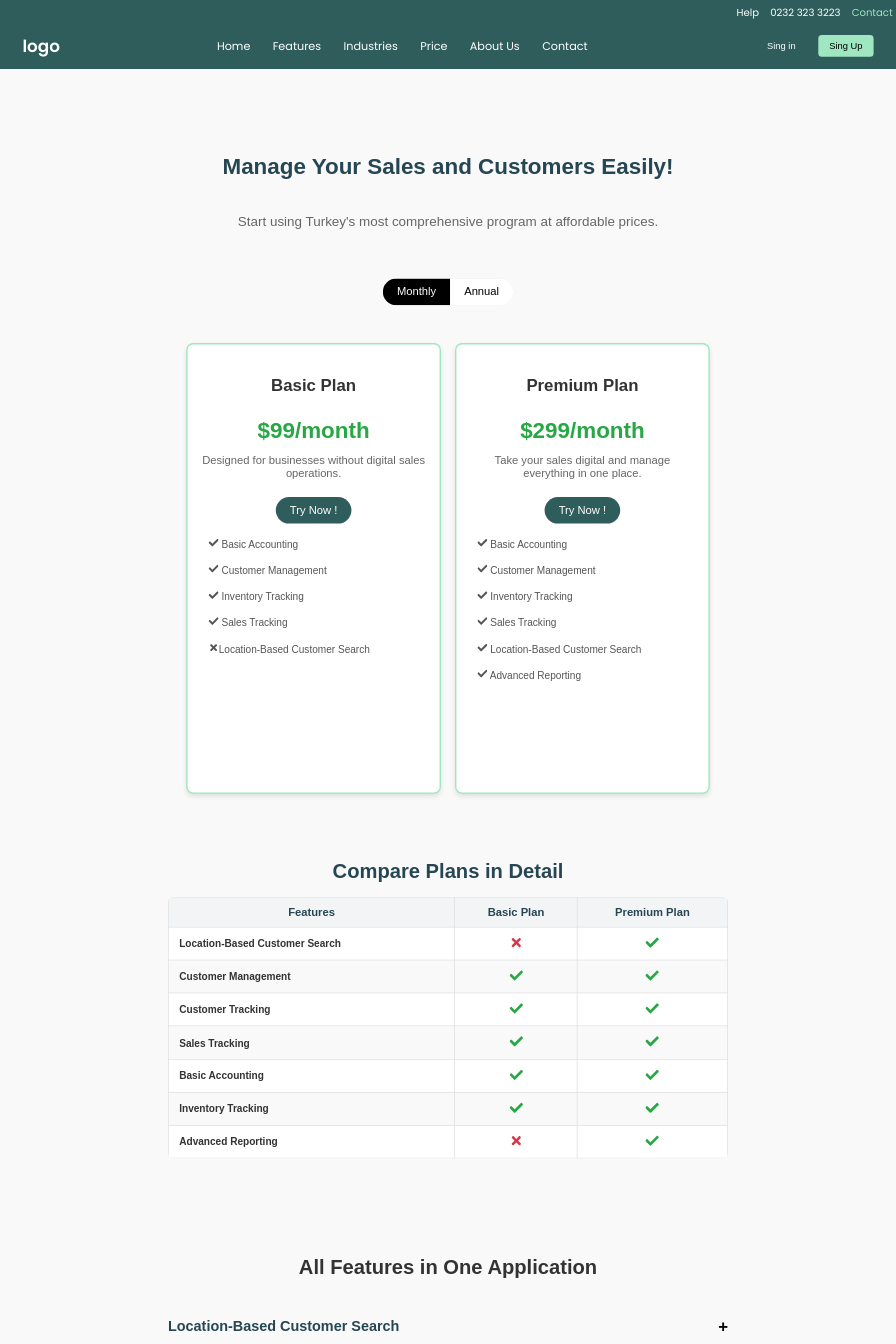
Repository: senolinanyasar/myrouteapplication
Page: /pricing
An editor plug-in stored every save of this project. The page is shown before and after the next save, followed by the edit.
The browser window is 1280 px wide. The pictures show the part of the page from y = 0 to 1920 px (the page is 3113 px tall before and 3203 px after), at 70% of full size.
The project was rebuilt for these pictures with package versions that can differ from the ones it lists, and the page was loaded fresh each time. Also part of the build but not shown: vite.config.js, src/components/HeroSection.css, src/components/HeroSection.js, src/components/FeaturesSection.css, src/components/FeaturesSection.js, src/components/PricingSection.css, src/components/PricingSection.js, src/components/SupportSection.css and 7 more.

Above is the page before, as saved 2024-11-19 16:13:35.

### src/index.css
@import url('https://fonts.googleapis.com/css2?family=Poppins:wght@400;600&display=swap');

body {
  font-family: 'Poppins', sans-serif;
  color: #264653;
  background-color: #f1faee;
  margin: 0;
  padding: 0;
  box-sizing: border-box;
}

code {
  font-family: source-code-pro, Menlo, Monaco, Consolas, 'Courier New',
    monospace;
}

### src/App.js
import React from 'react';
import { BrowserRouter as Router, Route, Routes } from 'react-router-dom';
import Header from './components/Header';
import HomePage from './components/HomePage';
import PricingPage from './components/PricingPage';
import TopBar from './components/TopBar';
import Footer from './components/Footer';
import IndustriesPage from './components/IndustriesPage';
import FeaturesPage from './components/FeaturesPage';


function App() {
  return (
    <Router>
      <TopBar/>
      <Header />
      <Routes>
        <Route path='/' element={<HomePage />} />
        <Route path='/pricing' element={<PricingPage />} />
        <Route path='/industries' element={<IndustriesPage />} />
        <Route path='/features' element={<FeaturesPage />} />
      </Routes>
      <Footer/>
    </Router>

  );
}

export default App;

### src/components/Header.js
// Header.js
import React from 'react';
import './Header.css';
import { Link } from 'react-router-dom';

const Header = () => {
    return (
        <header className="header">
            <div className="header-logo">logo</div>
            <nav className="header-nav">

                    <Link to="/">Home</Link>
                    <Link to="/features">Features</Link>
                    <Link to="/industries">Industries</Link>
                    <Link to="/pricing">Price</Link>
                    <Link to="/aboutus">About Us</Link>
                    <Link to="/contact">Contact</Link>



            </nav>
            <div className="header-buttons">
                <button className="login-button">Sing in</button>
                <button className="register-button">Sing Up</button>
            </div>
        </header>
    );
};


export default Header;

### src/components/PricingPage.js
// PricingPage.js

import React, { useState } from "react";
import './PricingPage.css';
import { FaCheck, FaTimes } from "react-icons/fa";

const featuresData = [
    {
        title: 'Location-Based Customer Search',
        description:
            'Quickly find potential customers in a specific region based on industry and proximity using Google Maps integration.',
    },
    {
        title: 'Customer Management',
        description:
            'Organize, update, and manage your customer list effectively. Track customer details and communication history.',
    },
    {
        title: 'Customer Tracking',
        description:
            'Monitor your customers’ activity and interaction history to ensure consistent and effective communication.',
    },
    {
        title: 'Sales Tracking',
        description:
            'Track sales performance, identify trends, and analyze sales data to optimize your revenue streams.',
    },
    {
        title: 'Basic Accounting',
        description:
            'Keep track of your financial data, including income, expenses, and profit margins, with easy-to-use tools.',
    },
    {
        title: 'Inventory Tracking',
        description:
            'Monitor stock levels in real-time, receive alerts for low inventory, and streamline inventory management.',
    },
    {
        title: 'Advanced Reporting',
        description:
            'Generate detailed reports on sales, inventory, and customer activity to make data-driven decisions.',
    },

];

const PricingPage = () => {
    const [isAnnual, setIsAnnual] = useState(false);
    const [expandedIndex, setExpandedIndex] = useState(null);

    const handleToggle = (index) => {
        setExpandedIndex(expandedIndex === index ? null :index);
    };

    return (
        <section className="pricing-page">
            <div className="pricing-header">
                <h1>Manage Your Sales and Customers Easily!</h1>
                <p>Start using Turkey's most comprehensive program at affordable prices.</p>
                <div className="toggle-buttons">
                    <button
                        className={`toggle-btn ${!isAnnual ? "active" : ""}`}
                        onClick={() => setIsAnnual(false)}
                    >
                        Monthly
                    </button>
                    <button
                        className={`toggle-btn ${isAnnual ? "active" : ""}`}
                        onClick={() => setIsAnnual(true)}
                    >
                        Annual
                    </button>
                </div>
            </div>
            <div className="pricing-plans">
                <div className="plan basic-plan">
                    <h3>Basic Plan</h3>
                    <p className="price">
                        {isAnnual ? "$999/year" : "$99/month"}
                    </p>
                    <p className="subtext">
                        Designed for businesses without digital sales operations.
                    </p>
                    <button className="try-button">Try Now !</button>
                    <ul>
                        <li><FaCheck /> Basic Accounting</li>
                        <li><FaCheck /> Customer Management</li>
                        <li><FaCheck /> Inventory Tracking</li>
                        <li><FaCheck /> Sales Tracking</li>
                        <li><FaTimes className="not-included" />Location-Based Customer Search</li>
                    </ul>
                </div>
                <div className="plan premium-plan">
                    <h3>Premium Plan</h3>
                    <p className="price">
                        {isAnnual ? "$2.799/year" : "$299/month"}
                    </p>
                    <p className="subtext">
                        Take your sales digital and manage everything in one place.
                    </p>
                    <button className="try-button">Try Now !</button>

                    <ul>
                        <li><FaCheck /> Basic Accounting</li>
                        <li><FaCheck /> Customer Management</li>
                        <li><FaCheck /> Inventory Tracking</li>
                        <li><FaCheck /> Sales Tracking</li>
                        <li><FaCheck /> Location-Based Customer Search</li>
                        <li><FaCheck /> Advanced Reporting</li>
                    </ul>
                </div>
            </div>


            <div className="comparison-table-container">
                <h2>Compare Plans in Detail</h2>
                <table className="comparison-table">
                    <thead>
                        <tr>
                            <th>Features</th>
                            <th>Basic Plan</th>
                            <th>Premium Plan</th>
                        </tr>
                    </thead>
                    <tbody>
                        <tr>
                            <td>Location-Based Customer Search</td>
                            <td><FaTimes className="icon-times" /></td>
                            <td><FaCheck className="icon-check" /></td>
                        </tr>
                        <tr>
                            <td>Customer Management</td>
                            <td><FaCheck className="icon-check" /></td>
                            <td><FaCheck className="icon-check" /></td>
                        </tr>
                        <tr>
                            <td>Customer Tracking</td>
                            <td><FaCheck className="icon-check" /></td>
                            <td><FaCheck className="icon-check" /></td>
                        </tr>
                        <tr>
                            <td>Sales Tracking</td>
                            <td><FaCheck className="icon-check" /></td>
                            <td><FaCheck className="icon-check" /></td>
                        </tr>
                        <tr>
                            <td>Basic Accounting</td>
                            <td><FaCheck className="icon-check" /></td>
                            <td><FaCheck className="icon-check" /></td>
                        </tr>
                        <tr>
                            <td>Inventory Tracking</td>
                            <td><FaCheck className="icon-check" /></td>
                            <td><FaCheck className="icon-check" /></td>
                        </tr>
                        <tr>
                            <td>Advanced Reporting</td>
                            <td><FaTimes className="icon-times" /></td>
                            <td><FaCheck className="icon-check" /></td>
                        </tr>
                    </tbody>
                </table>
            </div>
            <div className="features-expand-container">
                <h2>All Features in One Application</h2>
                {featuresData.map((feature,index)=>(
                    <div key={index} className="feature-item">
                        <div className="feature-header" onClick={() => handleToggle(index)}>
                            <h3>{feature.title}</h3>
                            <span>{expandedIndex === index ? '-' : '+'}</span>
                        </div>
                        {expandedIndex === index && (
                            <div className="feature-description">
                                <p>{feature.description}</p>
                            </div>
                        )}
                    </div>
                ))}
            </div>

        </section>
    );

};

export default PricingPage;

### src/components/TopBar.js
// TopBar.js
import React from 'react';
import './TopBar.css';

const TopBar = () => {
    return (
        <div className="top-bar">
            <div className="top-bar-content">
                <span>Help</span>
                <span>0232 323 3223</span>
                <a href="#contact">Contact</a>
            </div>
        </div>
    );
};

export default TopBar;

### src/components/Footer.js
// Footer.js

import React from 'react';
import './Footer.css';
import { FaFacebook, FaInstagram, FaLinkedin, FaTwitter, FaYoutube } from 'react-icons/fa';

const Footer = () => {
    return (
        <footer className="footer">
            <div className='footer-content'>
                <div className='footer-left'>
                    <div className='footer-logo'>
                        <h2>My Route Application</h2>
                    </div>
                    <p>Kazımdirik Mahallesi, Üniversite <br />Caddesi Ağaçlı Yol No: 37-39, <br />35100 Bornova/İzmir</p>
                    <div className='social-icons'>
                        <FaFacebook />
                        <FaTwitter />
                        <FaInstagram />
                        <FaLinkedin />
                        <FaYoutube />
                    </div>
                </div>

                <div className="footer-right">
                <br/><br/><br/><br/>
                    <div className='footer-section'>
                        <h4>Features</h4>
                        <ul>
                            <li>Location-Based Customer Search</li>
                            <li>Customer Management</li>
                            <li>Customer Tracking</li>
                            <li>Sales Tracking</li>
                            <li>Basic Accounting</li>
                            <li>Inventory Tracking</li>
                            <li>Reporting</li>
                        </ul>
                    </div>

                    <div className="footer-section">
                        <h4>Privileges</h4>
                        <ul>
                            <li>Industries</li>
                            <li>Pricing</li>
                            <li>Support</li>
                        </ul>
                    </div>

                    <div className="footer-section">
                        <h4>About Us</h4>
                        <ul>
                            <li>Privacy Policy</li>
                            <li>KVKK Disclosure Text</li>
                        </ul>
                    </div>
                </div>
            </div>

            <div className="footer-bottom">
                <p>&copy; 2024 My Route Application. All rights reserved.</p>
            </div>
        </footer>
    );
};

export default Footer;

### src/components/Header.css
/* Header.css */
.header{
    display: flex;
    justify-content: space-between;
    align-items: center;
    padding: 1rem 2rem;
    background-color: #2f5d5b;
    color: white;
    margin-top: 2rem;
    position: sticky;
    top: 2rem;
    z-index: 999;
}


.header-logo {
    font-size: 1.5rem;
    font-weight: bold;
}
.header-nav a{
    margin: 0 1rem;
    color: white;
    text-decoration: none;
}
.header-nav a:hover {
    color: #e9c46a;
  }

.header-buttons button{
    margin-left: 1rem;
    padding: 0.5rem 1rem;
    border: none;
    border-radius: 5px;
}

.login-button{
    background-color: #2f5d5b;
    color: white;
}

.register-button{
    background-color: #9fe7c0;
    color: black;
}

### src/components/PricingPage.css
/* PricingPage.css */

.pricing-page{
    font-family: "Arial",sans-serif;
    padding: 20px;
    text-align: center;
    background-color: #f9f9f9;
    text-align: center;
}

.pricing-header{
    text-align: center;
    margin-bottom: 30px;
}
.pricing-header h1{
    font-size: 2rem;
    font-weight: bold;
    margin-bottom: 10px;
    margin-top: 100px;
}

.pricing-header p{
    margin-top: 50px;
    margin-bottom: 20px;
    color: #666;
    font-size: 1.2rem;
}

.toggle-buttons{
    display: inline-block;
    background-color: #e9e9e9;
    border-radius: 20px;
    overflow: hidden;
    margin-top: 50px;
}

.toggle-btn{
    padding: 10px 20px;
   font-size: 1rem;
    cursor: pointer;
    color: #000;
    border: none;
    background:  #fff;
    transition: all 0.3s;
}
.toggle-buttons .active{
    background-color: #000;
    color: #fff;
}

.pricing-plans{
    display: flex;
    justify-content: center;
    gap: 20px;
    margin-top: 50px;
    align-items: center;

}

.plan {
    background: #fff;
    border: 1px solid #ddd;
    border-radius: 10px;
    padding: 20px;
    width: 320px;
    height: 600px;
    margin-bottom: 50px;
    text-align: center;
    transition: transform 0.3s ease;
    box-shadow: 0px 4px 8px rgba(0, 0, 0, 0.1);
}

.plan:hover{
    transform: scale(1.05);
}
.plan h3{
    font-size: 1.5rem;
    color: #333;
    margin-bottom: 10px;
}

.plan .price{
    font-size: 2rem;
    font-weight: bold;
    color: #28a745;
    margin-bottom: 10px;
}

.plan .subtext{
    font-size: 1rem;
    color: #666;
    margin-bottom: 15px;
}



.plan ul{
    list-style: none;
    padding: 0;
    margin-top: 20px;
}

.plan ul li{
    color: #555;
    font-size: 0.9rem;
    margin-bottom: 20px;
    margin-left: 10px;
    text-align: left;
}

.try-button{
    background: #2f5d5b;
    color: #fff;
    padding: 10px 20px;
    border: none;
    border-radius: 20px;
    cursor: pointer;
    font-size: 1rem;
    margin-top: 10px;
    transition: transform 0.3s ease;
}

.try-button:hover{
    background: #9fe7c0;
}
.basic-plan{
    border: 2px solid #9fe7c0;
}
.premium-plan{
    border: 2px solid #9fe7c0;
}
.comparison-table-container {
    padding: 20px;
    background-color: #f9f9f9;
    text-align: center;

  }

  .comparison-table-container h2 {
    font-size: 1.8rem;
    margin-bottom: 20px;
  }

  .comparison-table {
    width: 100%;
    max-width: 800px;
    margin: 0 auto;
    border-collapse: collapse;
    font-family: Arial, sans-serif;
    background: #fff;
    border-radius: 8px;
    overflow: hidden;
    margin-bottom: 25px;


  }

  .comparison-table th,
  .comparison-table td {
    border: 1px solid #ddd;
    padding: 12px 15px;
    text-align: center;
  }

  .comparison-table th {
    background-color: #f3f4f6;
    font-size: 1rem;
    font-weight: bold;
  }

  .comparison-table td {
    font-size: 0.9rem;
    color: #555;
  }

  .comparison-table td:first-child {
    text-align: left;
    font-weight: bold;
    color: #333;
  }

  .comparison-table tbody tr:nth-child(even) {
    background-color: #f9f9f9;
  }

  .comparison-table tbody tr:hover {
    background-color: #f1f1f1;
  }

  .icon-check {
    color: #28a745;
    font-size: 1.2rem;
  }

  .icon-times {
    color: #dc3545;
    font-size: 1.2rem;
  }

.features-expand-container{
    max-width: 800px;
    margin: 0 auto;
    padding: 20px;
    background-color: #f9f9f9;
    border-radius: 8px;
    margin-top: 50px;
    margin-bottom: 80px;
}

.features-expand-container h2{
    text-align: center;
    font-size: 1.8rem;
    margin-bottom: 20px;
    color: #333333;
}

.feature-item{
    border-bottom: 1px solid #dddddd;
    padding: 15px 0;
}

.feature-header{
    display: flex;
    justify-content: space-between;
    align-items: center;
    cursor: pointer;
    font-size: 1.1rem;
    counter-reset: #333333;
}

.feature-header:hover{
    color: #9fe7c0;
}

.feature-header span{
    font-size: 1.5rem;
    font-weight: bold;
    color: #000;
    transition: transform 0.2 ease;
}

.feature-description{
    margin-top: 10px;
    font-size: 0.9rem;
    color: #555555;
    line-height: 1.5;
}

.feature-iten{
    margin-bottom: 10px;
}

### src/components/TopBar.css
/* TopBar.css */

.top-bar {
    background-color: #2f5d5b;
    color: white;
    padding: 0.5rem;
    font-size: 0.9rem;
    display: flex;
    justify-content: center;
    position: fixed;
    top: 0;
    width: 99%;
    z-index: 1000;
}
.top-bar-content {
    display: flex;
    gap: 1rem;
    align-items: center;
    justify-content: flex-end;
    width: 100%;
}

.top-bar-content span{
    color: #ffffff;
}
.top-bar-content a{
    color: #9fe7c0;
    text-decoration: none;
    transition: color 0.3s;
}

.top-bar-content a:hover{
    color: #c3f2d0;
}

### src/components/Footer.css
/* Footer.css */

.footer {
    background-color: #264653;
    color: #ffffff;
    padding: 3rem 2rem;
}
.footer-content{
    display: flex;
    max-width: 1200px;
    justify-content: space-around;
    margin: 0 auto;
}

.footerleft{
    flex: 1;
    max-width: 300px;
}

.footer-logo h2{
    font-size: 1.5rem;
    color: #ffffff;
    margin-bottom: 2rem;
}


.footer-left p{
    color: #c3c3c3;
    font-size: 0.9rem;
    margin-bottom: 2.5rem;
}

.social-icons{
    display: flex;
    gap: 1rem;
    font-size: 1.2rem;
}


.social-icons svg{
    color: #9fe7c0;
    cursor: pointer;
    transition: color 0.3s ease;
}
.social-icons svg:hover {
    color: #c3f2d0;
}

.footer-right{
    display: flex;
    gap: 3rem;
    flex: 2;
    margin-left: 5rem;
}

.footer-section{
    text-align: left;
}
.footer-section h4{
    font-size: 1.2rem;
    color: #9fe7c0;
    margin-bottom: 1rem;
}
.footer-section ul{
    list-style: none;
    padding: 0;
    margin: 0;

}

.footer-section ul li{
    font-size: 0.9rem;
    margin-bottom: 0.5rem;
    color: #c3c3c3;
    cursor: pointer;
    transition: color 0.3s ease;
}

.footer-sectionul li:hover{
    color: #ffffff;
}

.footer-bottom{
    text-align: center;
    font-size: 0.8rem;
    color: #c3c3c3;
    margin-top: 2rem;
}

### src/components/IndustriesPage.css
/* IndustriesPage.css */

.industries-page {
    font-family: 'Poppins';
    padding: 20px;
    max-width: 1200px;
    background-color: #f0fdeb;
    margin: 0 auto;
}

.industries-header {
    text-align: center;
    margin-bottom: 30px;
}

.industries-header h1 {
    font-size: 2.5rem;
    color: #033956;
}

.industries-header p {
    font-size: 1rem;
    color: #555;
    margin: 15px auto;
    max-width: 800px;
}

.industries-buttons {
    display: flex;
    justify-content: center;
    gap: 15px;
    position: sticky;
    top: 0;

    z-index: 0;
    background-color: #f0fdeb;
    padding: 10px 0;


}

.industry-button {
    padding: 10px 15px;
    border: none;
    border-radius: 5px;
    background-color: #9fe7c0;
    color: #fff;
    cursor: pointer;
    font-size: 0.9rem;

}

.industry-button:hover {
    background-color: #c3f2d0;
}

.industry-section {
    padding: 20px;
    margin: 30px 0;
    background: #f0fdeb;
    border-radius: 10px;

}

.industry-title-box {
    font-size: 1.5rem;
    background-color: #f0fdeb;
    color: #006d77;
    padding: 5px 15px;
    display: inline-block;
    border-radius: 5px;
    margin-bottom: 20px;

}

.industry-header {
    font-size: 1.5rem;
    margin-bottom: 10px;
    color: #033956;
    font-weight: bold;
    text-align: center;
}

.industry-description {
    font-size: 1rem;
    margin-bottom: 1.30px;
    color: #555;
}

.industry-features {
    display: grid;
    grid-template-columns: 1fr 1fr;
    gap: 20px;
    margin-bottom: 40px;
}
.industry-feature {
    background-color: #f0fdeb;
    padding: 15px;
    border-radius: 8px;

}
.industry-feature h4 {
    font-size: 1.2rem;
    margin-bottom: 8px;
    color: #006d77;


}

.feature-divider {
    width: 100%;
    height: 2px;
    background-color: #006d77;
    margin-bottom: 10px;
}
.industry-feature p {
    font-size: 1rem;
    color: #555;
}

.industry-testimonial {
    display: flex;
    justify-content: space-between;
    align-items: center;
    gap: 20px;
}

.testimonial-text {
    text-align: left;
    flex: 1;
}

.testimonial-text h4 {
    font-size: 1.5rem;
    margin-bottom: 10px;
    color: #006d77;

}

.testimonial-text p {
    margin-bottom: 20px;
    color: #555;
    font-size: 1rem;
}

.testimonial-button {
    padding: 10px 15px;
    border: none;
    background-color: #006d77;
    color: white;
    border-radius: 5px;
    cursor: pointer;
    font-size: 1rem;
    transition: background-color 0.3s ease;
}
.testimonial-button:hover {
    background-color: #005f87;
}
.testimonial-image img {
    width: 600px;
    height: 400px;
    object-fit: cover;

    box-shadow: 0 2px 8px rgba(0, 0, 0, 0.1);
}
footer {
    margin-top: 40px;
}

Loaded but not shown: public/index.html (common file); src/index.js (common file); src/reportWebVitals.js (common file)

After the next save:
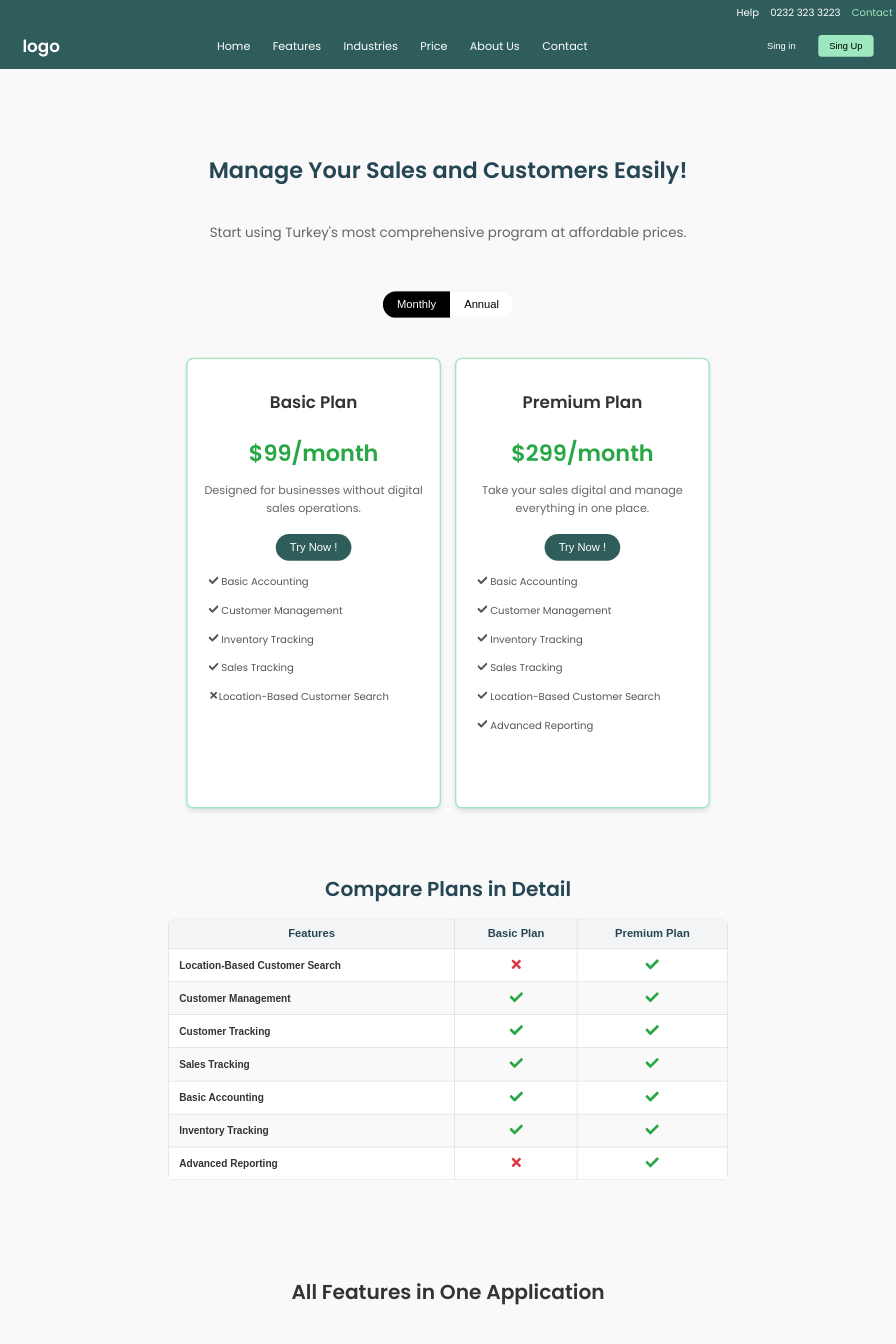
Saved 15 s later.
--- a/src/components/PricingPage.css
+++ b/src/components/PricingPage.css
@@ -1,7 +1,7 @@
 /* PricingPage.css */
 
 .pricing-page{
-    font-family: "Arial",sans-serif;
+    font-family: 'Poppins';
     padding: 20px;
     text-align: center;
     background-color: #f9f9f9;
